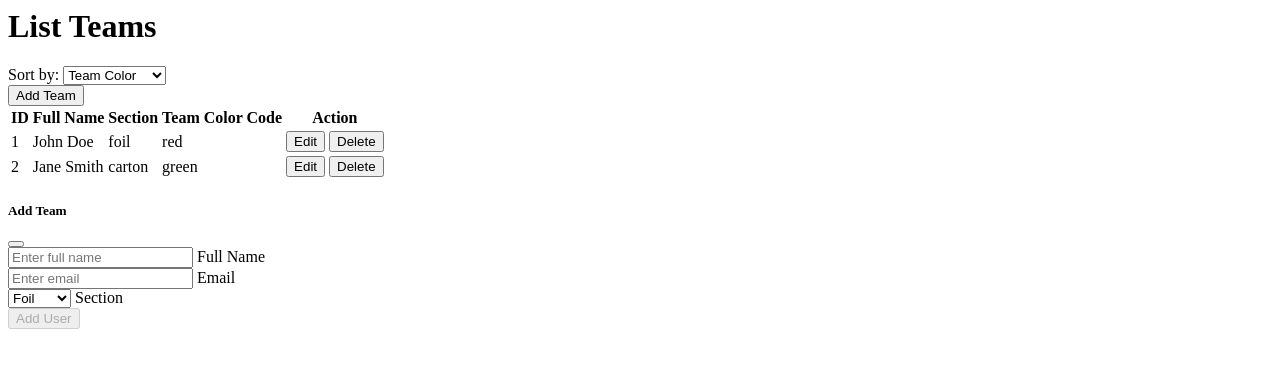
Repository: Daigtas/Shiftman
Page: partials/list-teams.html
The author's editor kept a copy of each file at every save. The page is drawn from the files as they stood at one save, then again after the next save.
The browser window is 1280 px wide. The pictures show the whole page.

Above is the page before, as saved 2025-02-04 12:24:38.

### partials/list-teams.html
<h1 data-translate-key="listteamstitle">List Teams</h1>
<div class="container-fluid mt-4">
    <div class="btn-toolbar mb-3" role="toolbar" aria-label="Toolbar with button groups">
        <div class="input-group">
            <label class="input-group-text" for="sortSelect" data-translate-key="sortby">Sort by:</label>
            <select class="form-select" id="sortSelect">
                <option value="teamcolor" data-translate-key="sortbyteamcolor">Team Color</option>
                <option value="teamsection" data-translate-key="sortbyteamsection">Team Section</option>
                <option value="fullname" data-translate-key="sortbyfullname">fullname</option>
            </select>
        </div>
        <button type="button" class="btn btn-primary ml-3" data-bs-toggle="modal" data-bs-target="#addTeamModal" data-translate-key="addteam">Add Team</button>
    </div>
    <div class="table-responsive">
        <table class="table table-bordered table-striped" id="usersTable">
            <thead class="thead-dark">
                <tr>
                    <th scope="col" data-translate-key="id">ID</th>
                    <th scope="col" data-translate-key="fullname">Full Name</th>
                    <th scope="col" data-translate-key="section">Section</th>
                    <th scope="col" data-translate-key="teamcolorcode">Team Color Code</th>
                    <th scope="col" data-translate-key="action">Action</th>
                </tr>
            </thead>
            <tbody>
                <!-- Example data, replace with dynamic data -->
                <tr>
                    <td>1</td>
                    <td>John Doe</td>
                    <td>foil</td>
                    <td>red</td>
                    <td>
                        <button class="btn btn-warning btn-sm" data-translate-key="edit">Edit</button>
                        <button class="btn btn-danger btn-sm" data-translate-key="delete">Delete</button>
                    </td>
                </tr>
                <tr>
                    <td>2</td>
                    <td>Jane Smith</td>
                    <td>carton</td>
                    <td>green</td>
                    <td>
                        <button class="btn btn-warning btn-sm" data-translate-key="edit">Edit</button>
                        <button class="btn btn-danger btn-sm" data-translate-key="delete">Delete</button>
                    </td>
                </tr>
                <!-- Add more rows as needed -->
            </tbody>
        </table>
    </div>
</div>

<!-- Add User Modal -->
<div class="modal fade" id="addTeamModal" tabindex="-1" aria-labelledby="addUserModalLabel" aria-hidden="true">
    <div class="modal-dialog">
        <div class="modal-content">
            <div class="modal-header">
                <h5 class="modal-title" id="addUserModalLabel" data-translate-key="addteam">Add Team</h5>
                <button type="button" class="btn-close" data-bs-dismiss="modal" aria-label="Close"></button>
            </div>
            <div class="modal-body">
                <form id="addUserForm">
                    <div class="form-floating mb-3">
                        <input type="text" class="form-control" id="fullName" placeholder="Enter full name" required data-translate-placeholder="enterfullname">
                        <label for="fullName" data-translate-key="fullname">Full Name</label>
                    </div>
                    <div class="form-floating mb-3">
                        <input type="email" class="form-control" id="email" placeholder="Enter email" required data-translate-placeholder="enteremail">
                        <label for="email" data-translate-key="email">Email</label>
                    </div>
                    <div class="form-floating mb-3">
                        <select class="form-select" id="section" required>
                            <option value="foil" data-translate-key="foil">Foil</option>
                            <option value="carton" data-translate-key="carton">Carton</option>
                        </select>
                        <label for="section" data-translate-key="section">Section</label>
                    </div>
                    <button type="submit" class="btn btn-primary" id="addUserSubmit" disabled data-translate-key="addusertoteam">Add User</button>
                </form>
            </div>
        </div>
    </div>
</div>

<link rel="stylesheet" href="css/register-user.css">

### css/register-user.css
/* jQuery UI styling */
.ui-state-hover {
    background-color: #e2e6ea !important;
}

.ui-state-active {
    background-color: #d6d8db !important;
}

/* Modal styling */
#addUserModal {
    display: none;
    z-index: 1050; /* Ensure the modal is on the top layer */
}

After the next save:
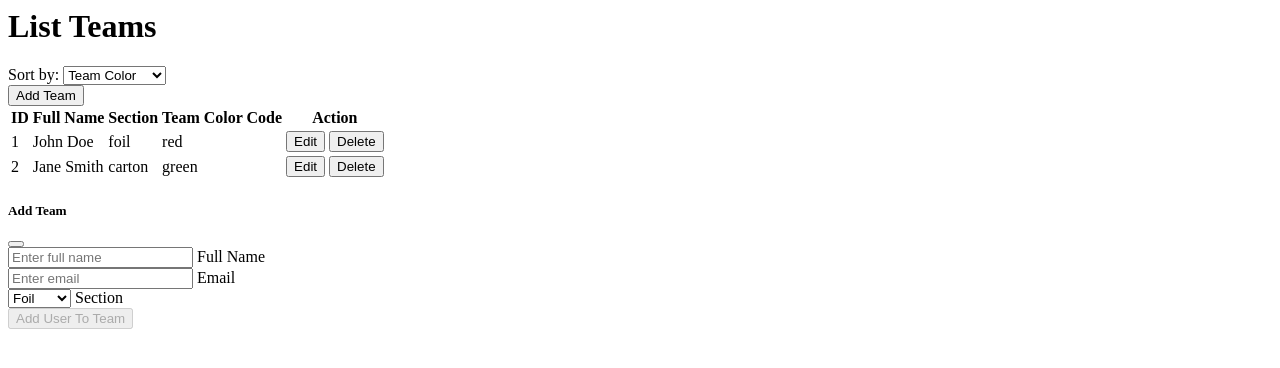
Saved 14 s later.
--- a/partials/list-teams.html
+++ b/partials/list-teams.html
@@ -75,7 +75,7 @@
                         </select>
                         <label for="section" data-translate-key="section">Section</label>
                     </div>
-                    <button type="submit" class="btn btn-primary" id="addUserSubmit" disabled data-translate-key="addusertoteam">Add User</button>
+                    <button type="submit" class="btn btn-primary" id="addUserSubmit" disabled data-translate-key="addusertoteam">Add User To Team</button>
                 </form>
             </div>
         </div>
